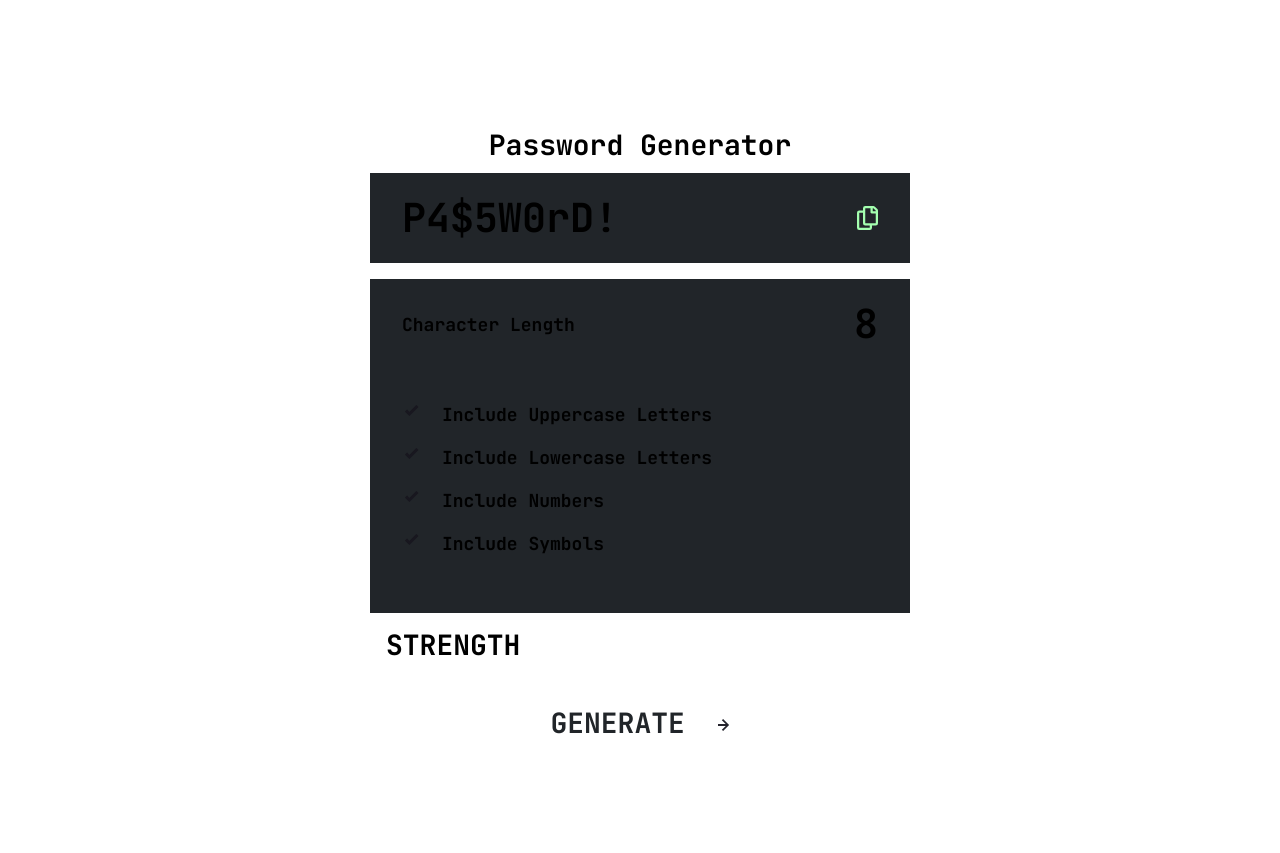
Repository: blordeus/password-generator-app
Page: starter-code/index.html
The author's editor kept a copy of each file at every save. The page is drawn from the files as they stood at one save, then again after the next save.
The browser window is 1280 px wide. The pictures show the whole page.

Above is the page before, as saved 2023-10-05 20:39:56.

After the next save:
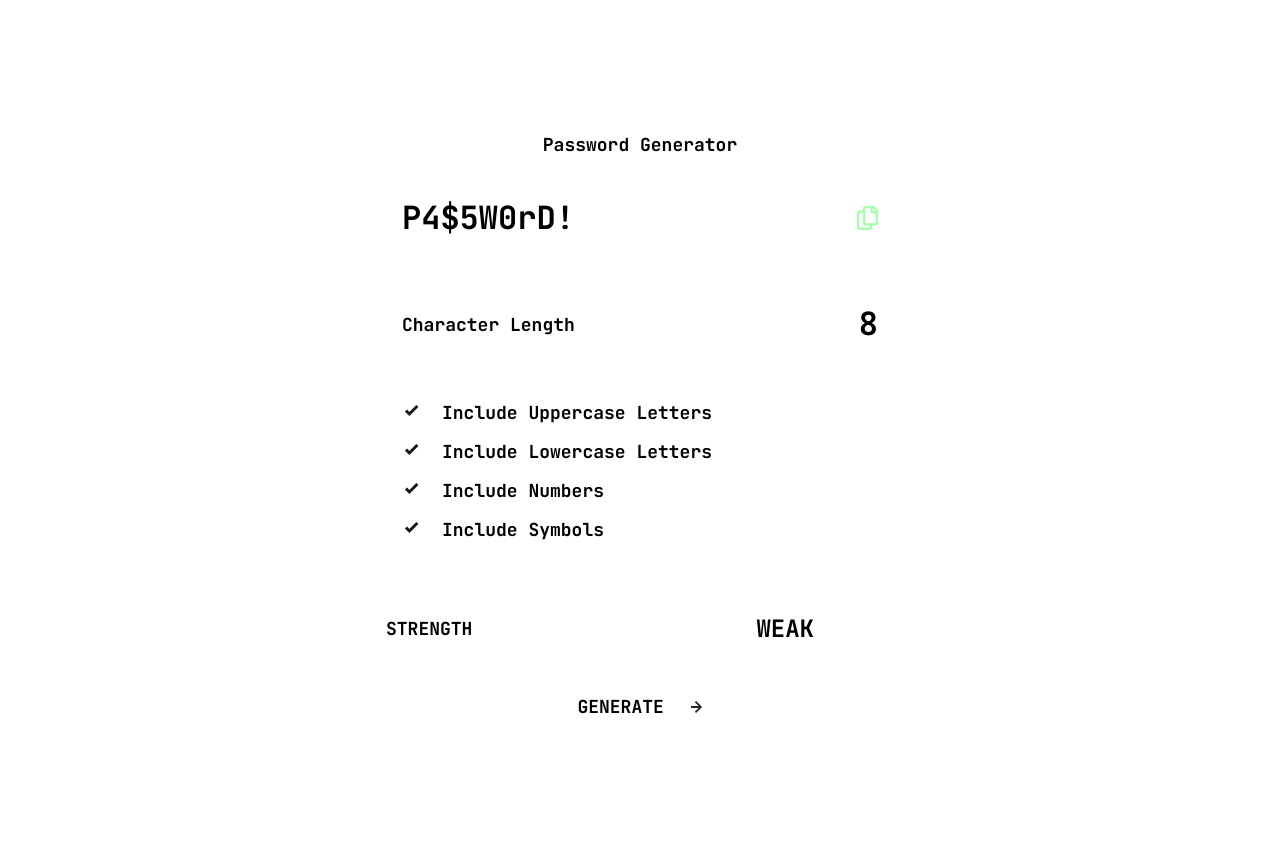
Saved 80 s later.
--- a/starter-code/index.html
+++ b/starter-code/index.html
@@ -3,7 +3,6 @@
 <head>
   <meta charset="UTF-8">
   <meta name="viewport" content="width=device-width, initial-scale=1.0">
-  <link href="https://cdn.jsdelivr.net/npm/bootstrap@5.3.2/dist/css/bootstrap.min.css" rel="stylesheet" integrity="sha384-T3c6CoIi6uLrA9TneNEoa7RxnatzjcDSCmG1MXxSR1GAsXEV/Dwwykc2MPK8M2HN" crossorigin="anonymous">
   <script src="https://cdn.jsdelivr.net/npm/bootstrap@5.3.2/dist/js/bootstrap.bundle.min.js" integrity="sha384-C6RzsynM9kWDrMNeT87bh95OGNyZPhcTNXj1NW7RuBCsyN/o0jlpcV8Qyq46cDfL" crossorigin="anonymous" defer></script>
   <script src="index.js" defer></script>
   <link rel="icon" type="image/png" sizes="32x32" href="./assets/images/favicon-32x32.png">

After the save that followed:
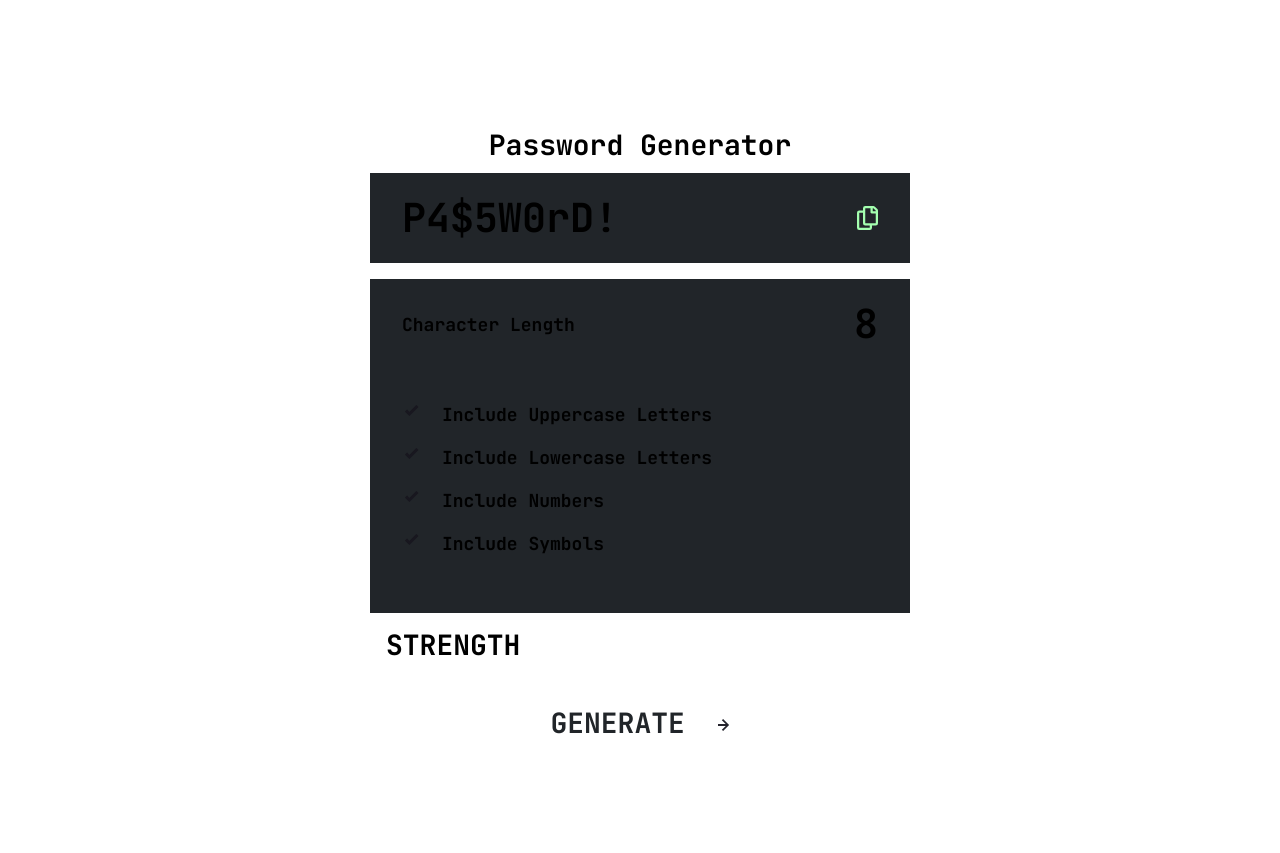
Saved 11 s later.
--- a/starter-code/index.html
+++ b/starter-code/index.html
@@ -3,6 +3,7 @@
 <head>
   <meta charset="UTF-8">
   <meta name="viewport" content="width=device-width, initial-scale=1.0">
+  <link href="https://cdn.jsdelivr.net/npm/bootstrap@5.3.2/dist/css/bootstrap.min.css" rel="stylesheet" integrity="sha384-T3c6CoIi6uLrA9TneNEoa7RxnatzjcDSCmG1MXxSR1GAsXEV/Dwwykc2MPK8M2HN" crossorigin="anonymous">
   <script src="https://cdn.jsdelivr.net/npm/bootstrap@5.3.2/dist/js/bootstrap.bundle.min.js" integrity="sha384-C6RzsynM9kWDrMNeT87bh95OGNyZPhcTNXj1NW7RuBCsyN/o0jlpcV8Qyq46cDfL" crossorigin="anonymous" defer></script>
   <script src="index.js" defer></script>
   <link rel="icon" type="image/png" sizes="32x32" href="./assets/images/favicon-32x32.png">
